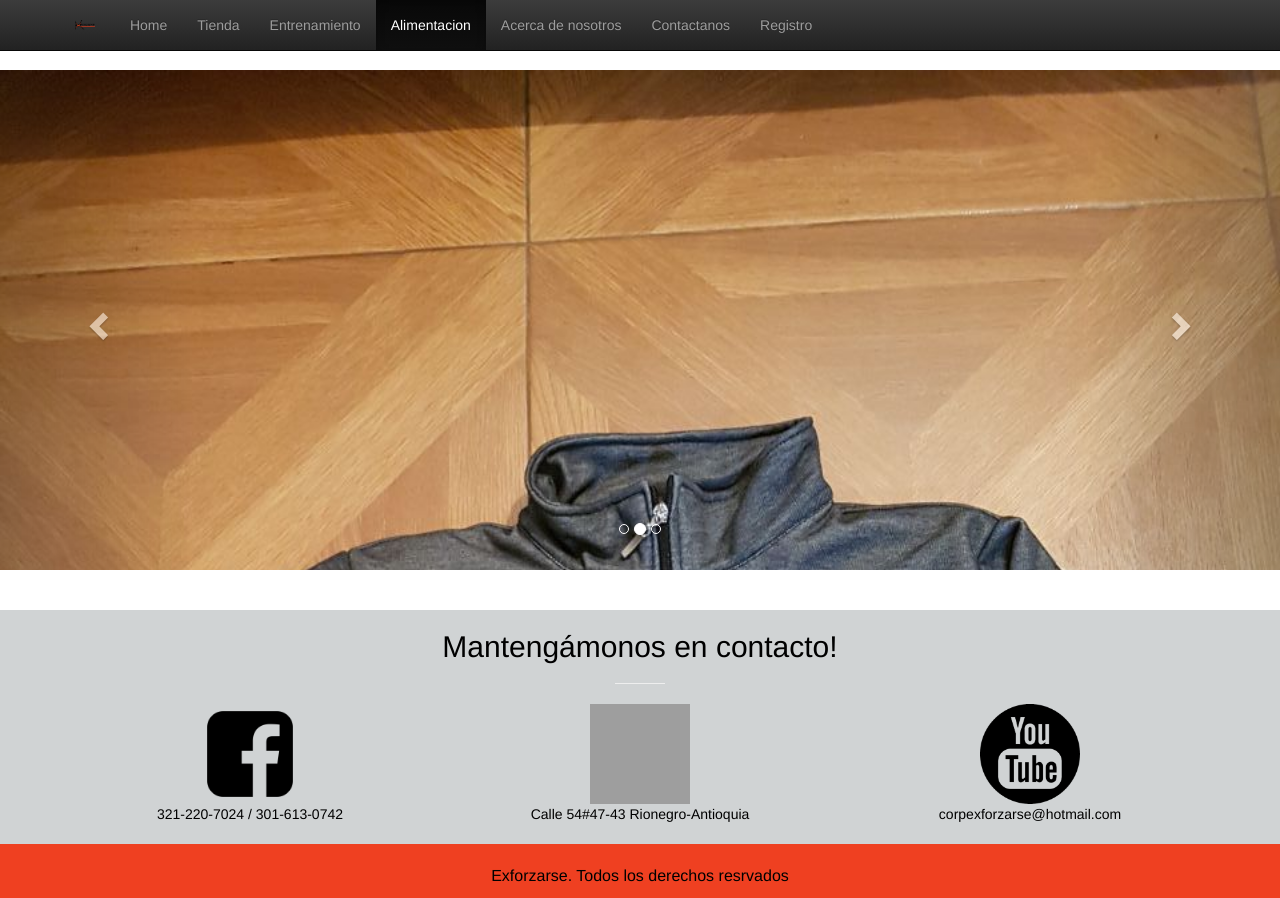
Repository: mahc36/exforzarse
Page: Exforzarse/WebContent/paginas/dietas.html
An editor plug-in stored every save of this project. The page is shown before and after the next save, followed by the edit.
The browser window is 1280 px wide. The pictures show the whole page.
Pictures or frames that could not be fetched are drawn as grey boxes. Some web libraries are served in a nearby version.

Above is the page before, as saved 2017-08-19 15:59:16.

After the next save:
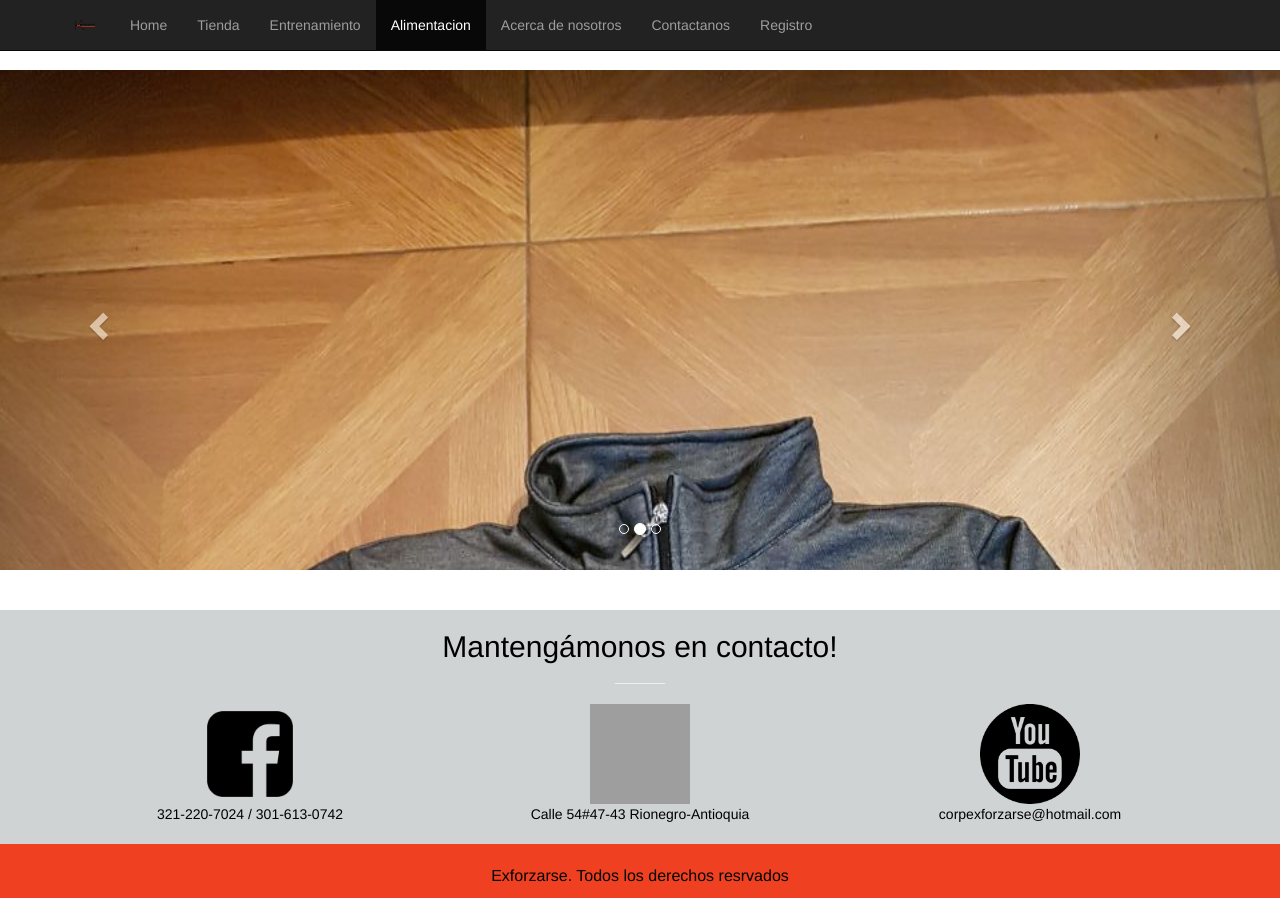
Saved 38 s later.
--- a/Exforzarse/WebContent/paginas/dietas.html
+++ b/Exforzarse/WebContent/paginas/dietas.html
@@ -21,7 +21,7 @@
     <!-- Latest compiled and minified CSS -->
     <link rel="stylesheet" href="https://maxcdn.bootstrapcdn.com/bootstrap/3.3.5/css/bootstrap.min.css">
     <!-- Optional theme -->
-    <link rel="stylesheet" href="https://maxcdn.bootstrapcdn.com/bootstrap/3.3.5/css/bootstrap-theme.min.css">
+
     <!-- Latest compiled and minified JavaScript -->
     <script src="https://maxcdn.bootstrapcdn.com/bootstrap/3.3.5/js/bootstrap.min.js"></script>
 
